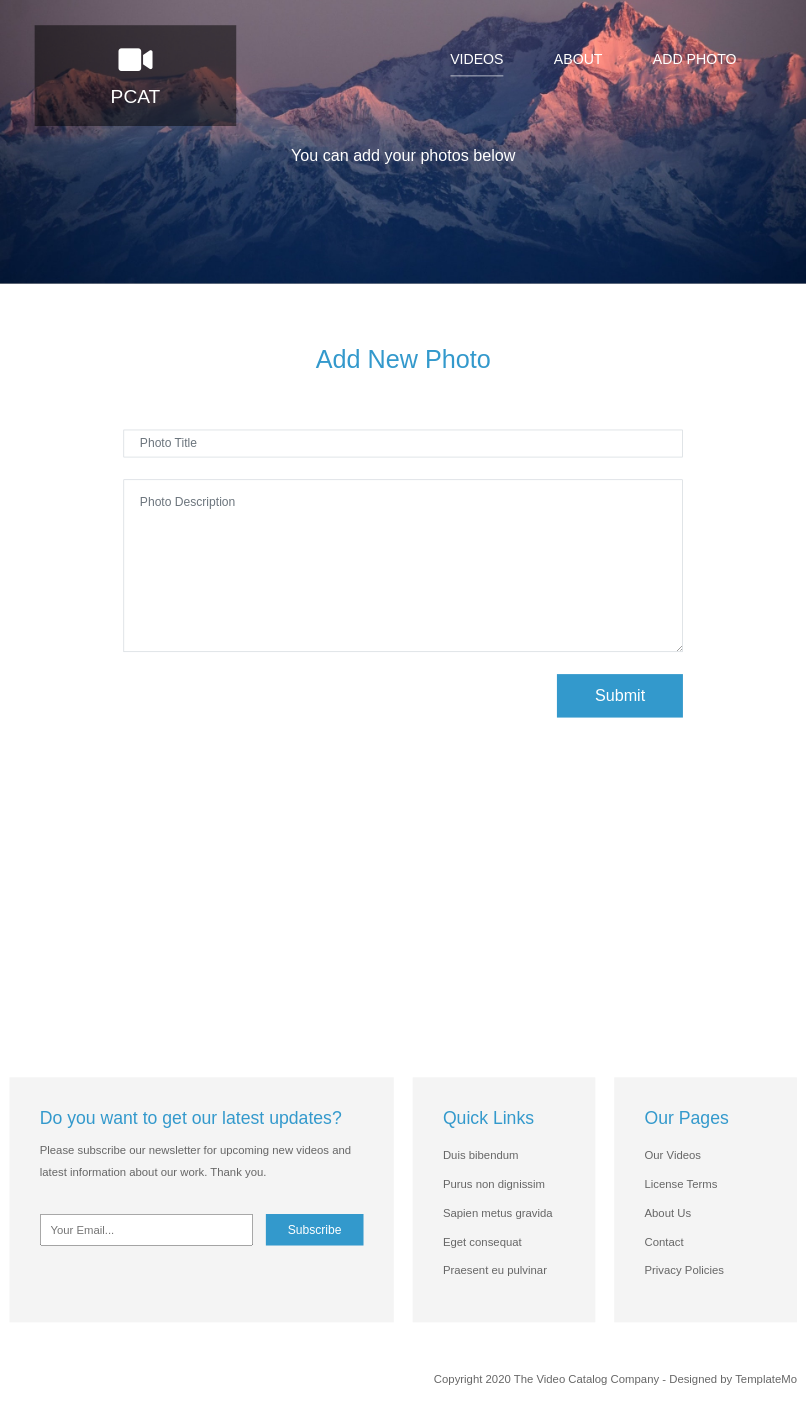
Repository: Marhamat92/PCAT-project-with-node-backend
Page: http://localhost/add
An editor plug-in stored every save of this project. The page is shown before and after the next save, followed by the edit.
The browser window is 1280 px wide. The pictures show the whole page, at 63% of full size.
Backgrounds fixed to the window are drawn as part of the page. Some web fonts or font styles are not loaded; a fallback is used. The page is served by the project's Node server (app.js).

Above is the page before, as saved 2023-02-21 17:24:00.

After the next save:
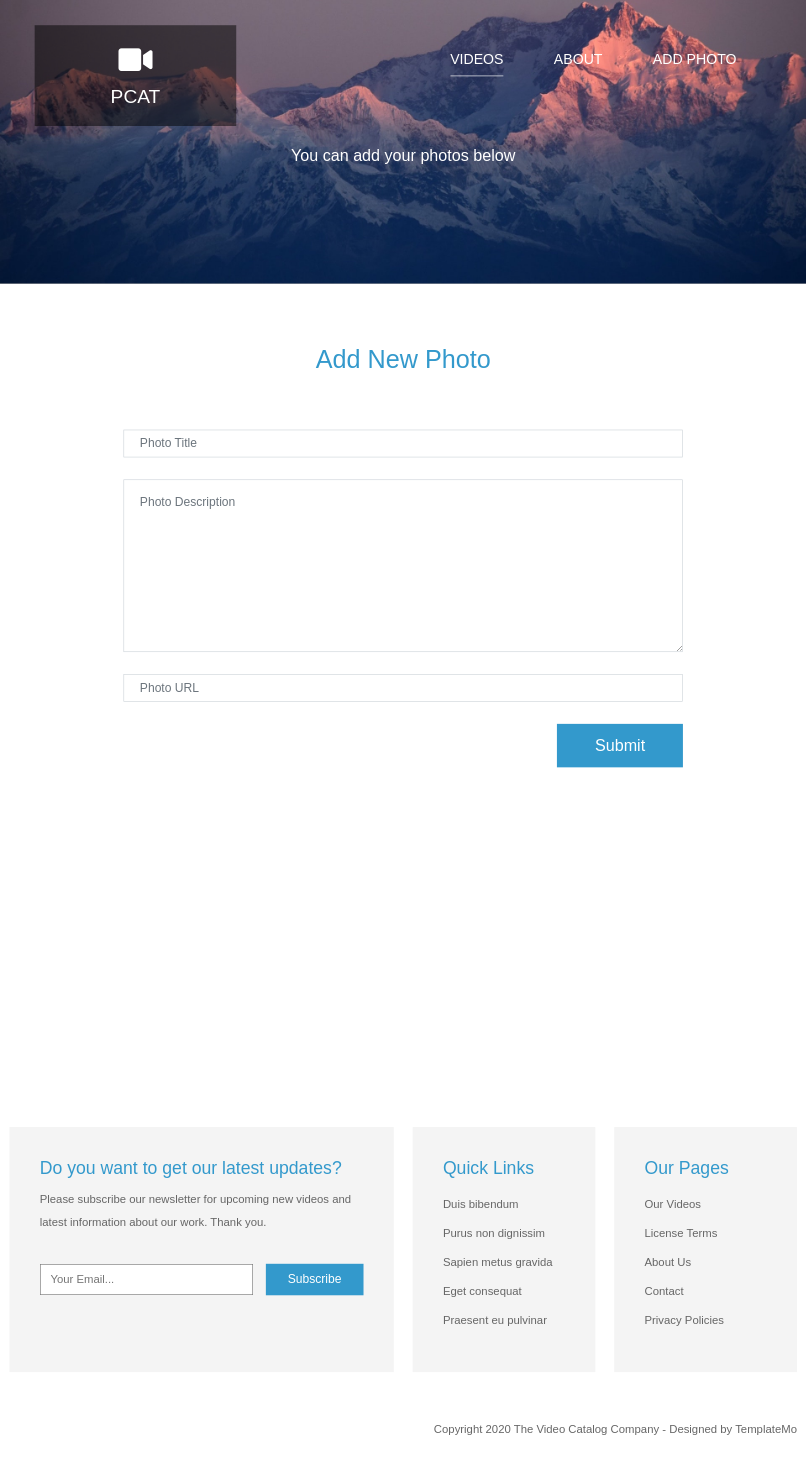
Saved 2 min 16 s later.
--- a/views/add.ejs
+++ b/views/add.ejs
@@ -38,6 +38,10 @@
                                             <textarea rows="8" name="description" class="form-control rounded-0"
                                                 placeholder="Photo Description" required></textarea>
                                         </div>
+                                        <div class="form-group">
+                                            <input type="text" name="url" placeholder="Photo URL"
+                                                class="form-control rounded-0" required />
+                                        </div>
 
                                         <div class="form-group mb-0">
                                             <button type="submit"
